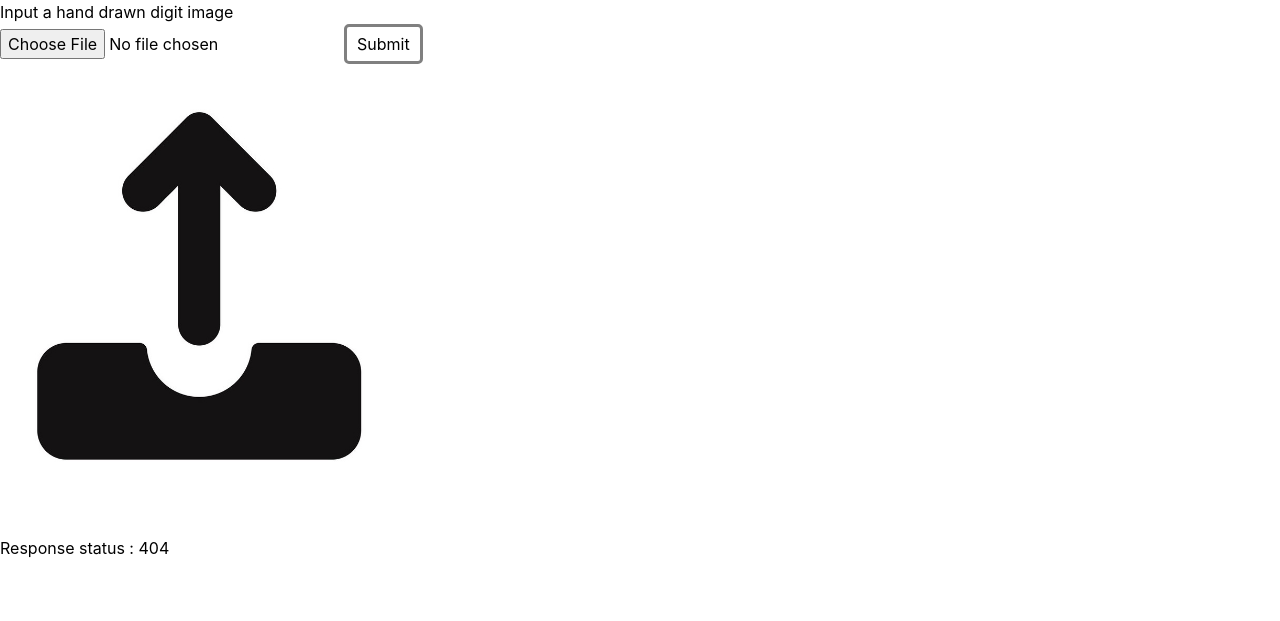
Repository: Laanith/TensorflowModelDeployment
Page: / (app in tensorflownode/)
These files come from the project's save history. The page is drawn as it stood at one moment and after the next save; the edit follows.
The browser window is 1280 px wide. The pictures show the whole page.
The project was rebuilt for these pictures with package versions that can differ from the ones it lists, and the page was loaded fresh each time.

Above is the page before, as saved 2023-10-24 13:07:23.

After the next save:
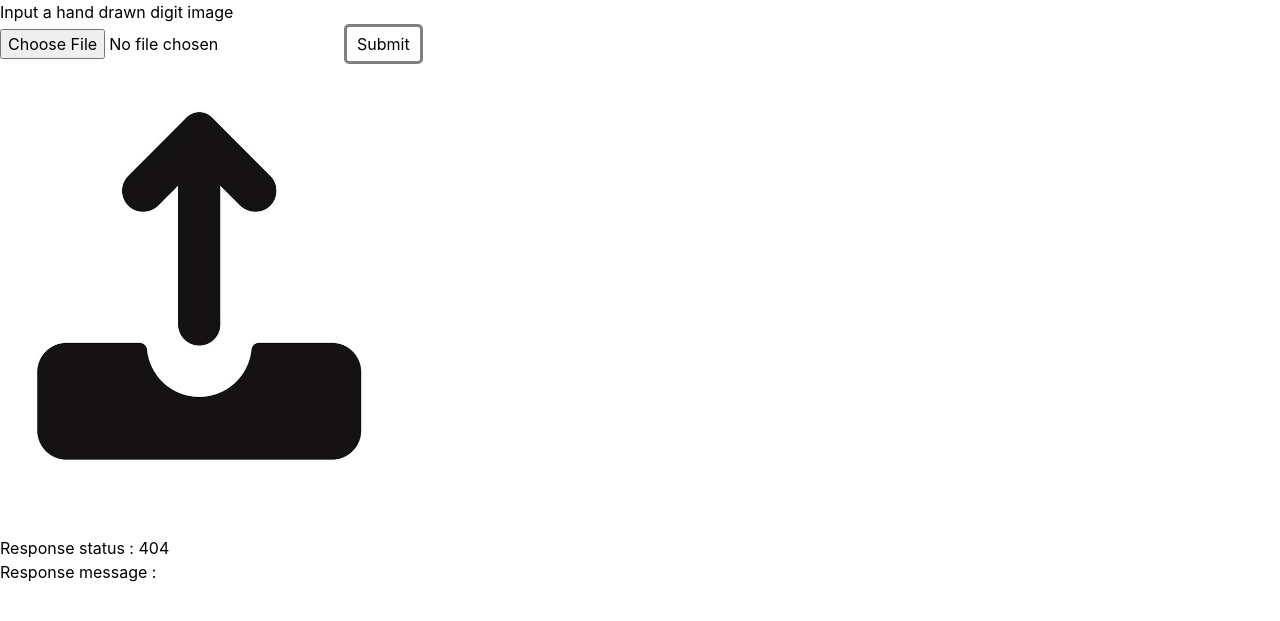
Saved 39 s later.
--- a/tensorflownode/src/App.js
+++ b/tensorflownode/src/App.js
@@ -86,7 +86,8 @@
           <br></br>
           {uploaded && <p>Upload status : Uploaded !</p>}
                 {FDUpdated && <p>FD status : Updated !</p>}
-                <p>Response status : { responseStatus}</p>
+                <p>Response status : {responseStatus}</p>
+                <p>Response message : { }</p>
         </div>
       </>
     );

After the 2 saves that followed:
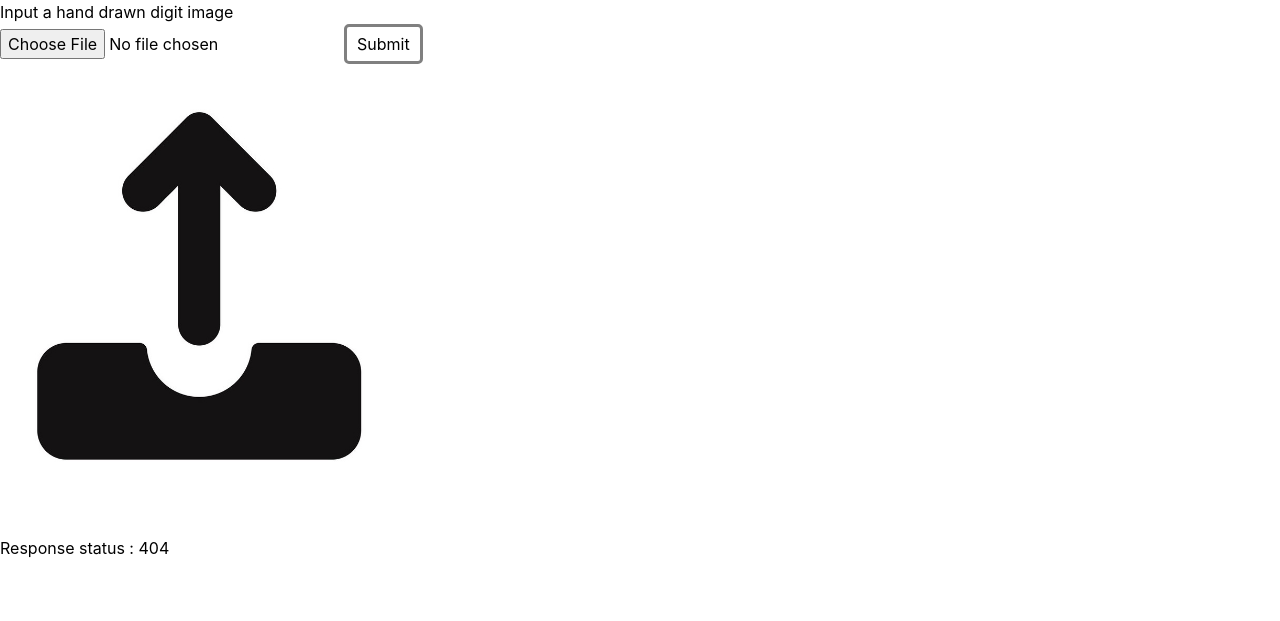
The 2 saves are shown as one change because 1 left the picture as it was.
The last was saved 64 s later.
--- a/tensorflownode/src/App.js
+++ b/tensorflownode/src/App.js
@@ -9,6 +9,7 @@
     const [uploaded, setUploaded] = useState(false);
     const [FDUpdated, setFDUpdated] = useState(false);
     const [responseStatus, setResponseStatus] = useState(404);
+    const [msg, setResponseMsg] = useState("");
 
     const handleUpload = (event) => {
         event.preventDefault();
@@ -38,7 +39,7 @@
             headers: {
                 "Custom-Header": "value"
             }
-        }).then(res => { console.log(res.data); setResponseStatus(res.status); })
+        }).then(res => { console.log(res.data); setResponseStatus(res.status); setResponseMsg(res.data);  })
         .catch((error) => { console.error(error) });
 
 
@@ -87,7 +88,7 @@
           {uploaded && <p>Upload status : Uploaded !</p>}
                 {FDUpdated && <p>FD status : Updated !</p>}
                 <p>Response status : {responseStatus}</p>
-                <p>Response message : { }</p>
+                {}
         </div>
       </>
     );
